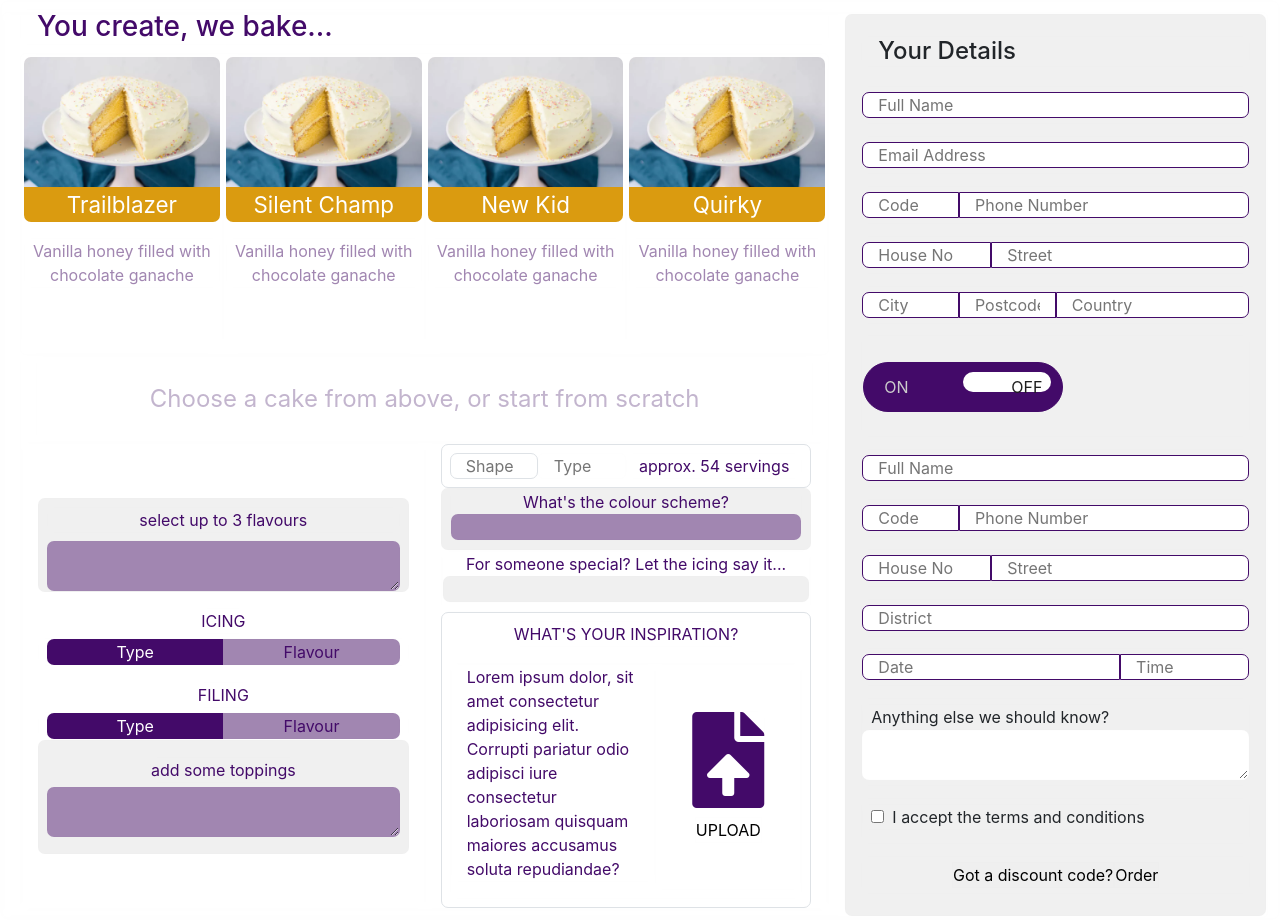
Repository: I-Alpha/BakeryOrderForm
Page: Order-Page.html
The author's editor kept a copy of each file at every save. The page is drawn from the files as they stood at one save, then again after a run of saves.
The browser window is 1280 px wide. The pictures show the whole page.

Above is the page before, as saved 2020-12-29 04:55:07.

After the next 2 saves:
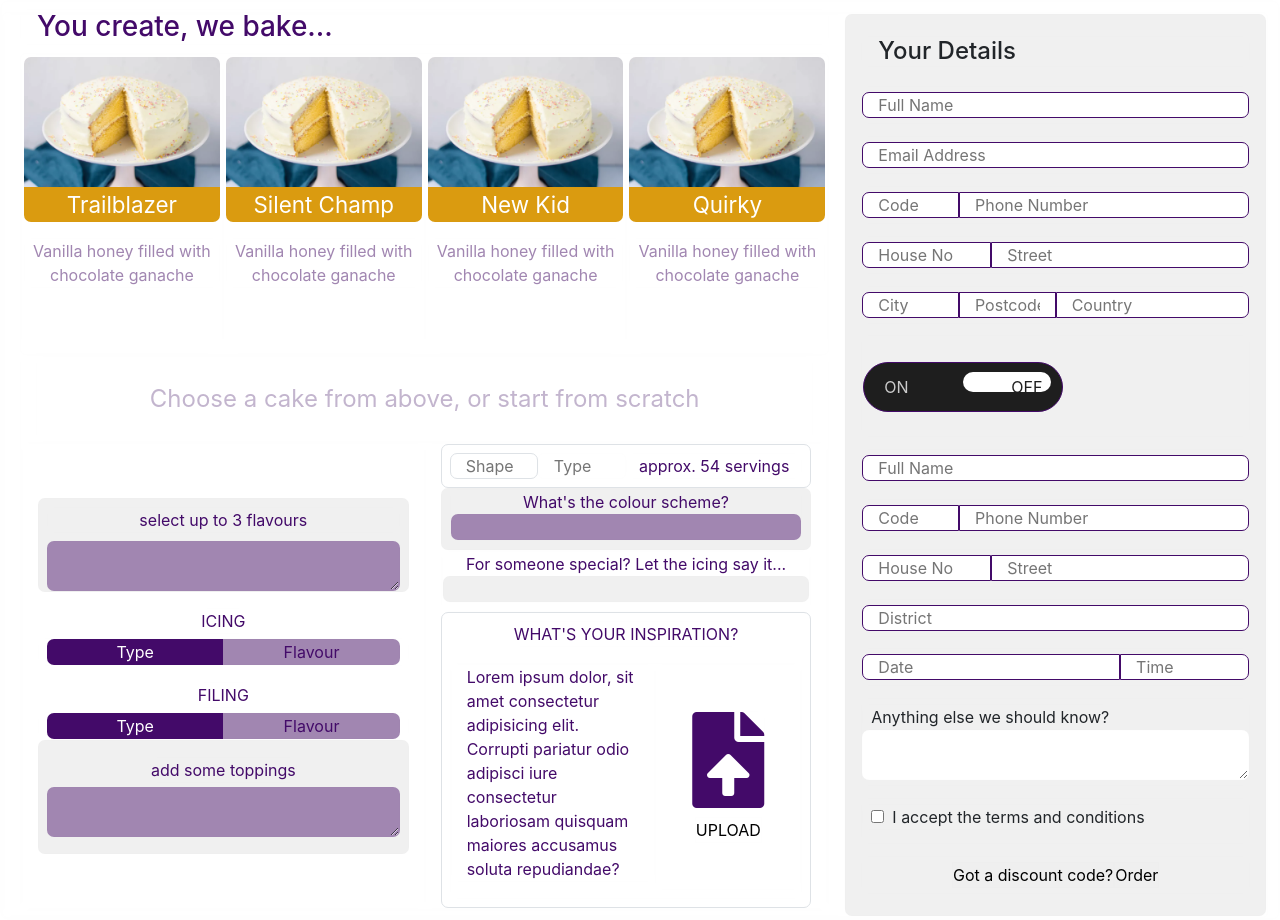
The 2 saves are shown as one change because they came seconds apart.
The last was saved 15 s later.
--- a/Order-Page.html
+++ b/Order-Page.html
@@ -91,7 +91,7 @@
         }
 
         body span.switcher.switcher-1 input:checked {
-            background-color: var(--primary-colour);
+            background-color: #FFFFFF;
         }
 
         body span.switcher.switcher-1 input:checked:before {
@@ -107,12 +107,12 @@
         body span.switcher.switcher-1 input:checked+label {
             left: 10px;
             right: 100px;
-            background:  var(--primary-colour);;
+            background: #1E1E1E;
             transition: left 0.5s, right 0.4s 0.2s;
         }
 
         body span.switcher.switcher-1 input:not(:checked) {
-            background:  var(--primary-colour);
+            background: #1E1E1E;
             transition: background 0.5s -0.1s;
         }
 
